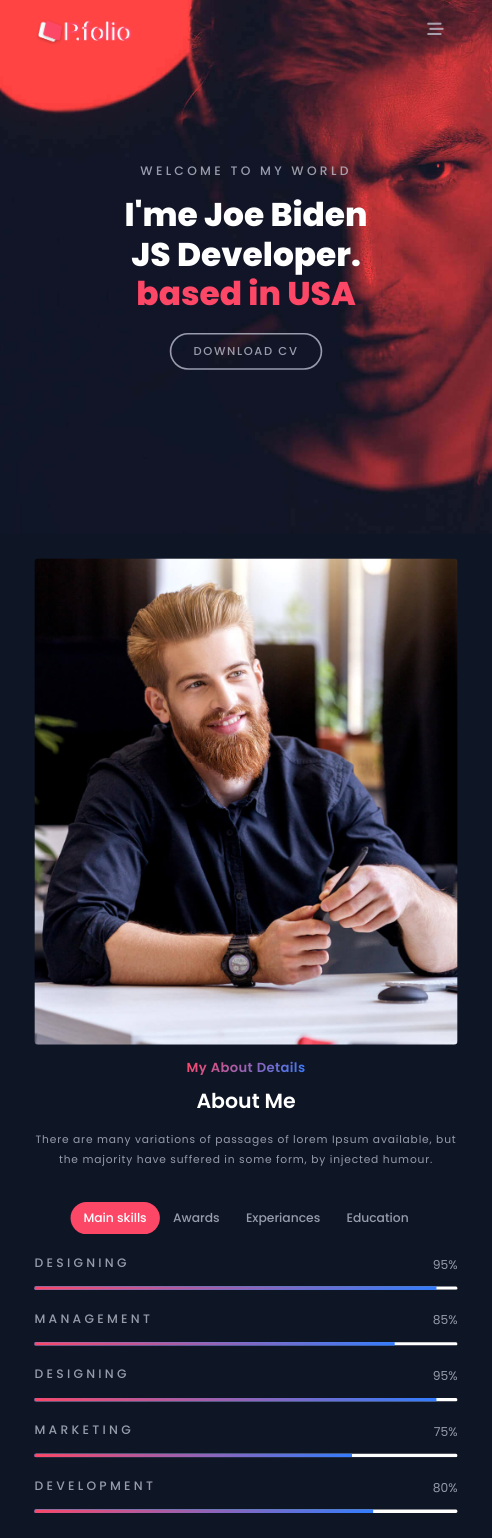
Repository: wadelfadill/Bootstrap_tache_3_responsive_portfolio
Page: index.html
An editor plug-in stored every save of this project. The page is shown before and after the next save, followed by the edit.
The browser window is 600 px wide. The pictures show the whole page, at 82% of full size.
Backgrounds fixed to the window are drawn as part of the page. Some web libraries are served in a nearby version.

Above is the page before, as saved 2023-04-11 11:05:17.

After the next save:
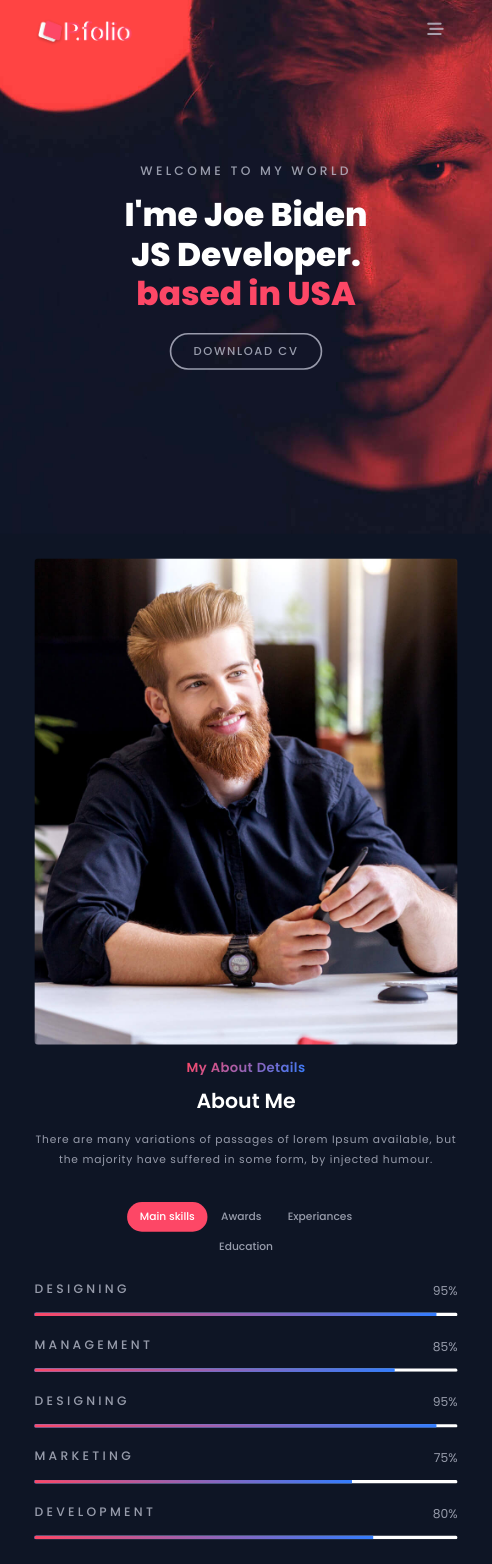
Saved 3 min 1 s later.
--- a/css/responsive-style.css
+++ b/css/responsive-style.css
@@ -59,4 +59,12 @@
         margin: auto;
         border: 0;
     }
+    /* About wrapper */
+    .about_wrapper ul.nav-pills{
+        width: 61%;
+        /* margin: auto; */
+    }
+    .about_wrapper ul li .nav-link{
+        font-size: 13px;
+    }
 }
